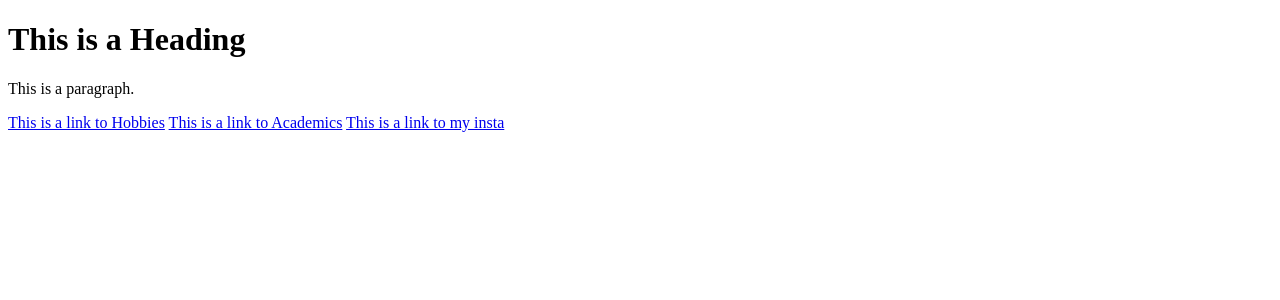
Repository: mativan15/mativan15
Page: homepage.html
An editor plug-in stored every save of this project. The page is shown before and after the next save, followed by the edit.
The browser window is 1280 px wide. The pictures show the whole page.

Above is the page before, as saved 2023-10-20 16:14:19.

After the next save:
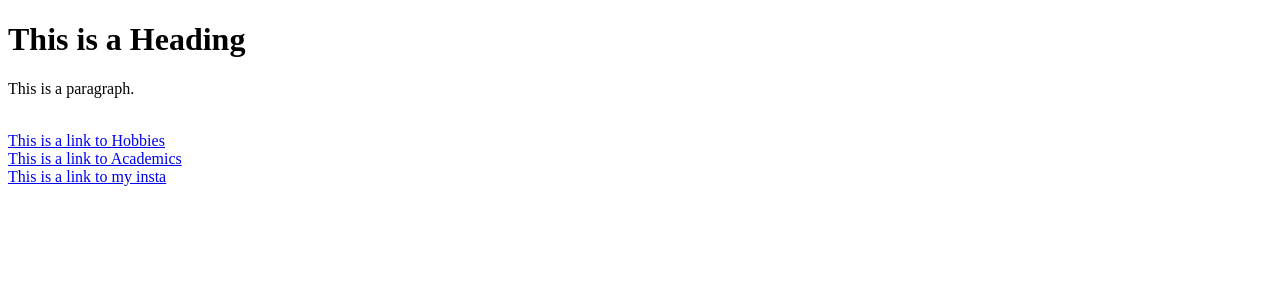
Saved 1 s later.
--- a/homepage.html
+++ b/homepage.html
@@ -8,9 +8,9 @@
 <body>
     <h1>This is a Heading</h1>
     <p>This is a paragraph.</p>
-
-    <a href="hobbies.html">This is a link to Hobbies</a>
-    <a href="academics.html">This is a link to Academics</a>
+    <br>
+    <a href="hobbies.html">This is a link to Hobbies</a> <br>
+    <a href="academics.html">This is a link to Academics</a><br>
     <a href="https://www.instagram.com/ivimatthiass/">This is a link to my insta</a>
 
 </body>
